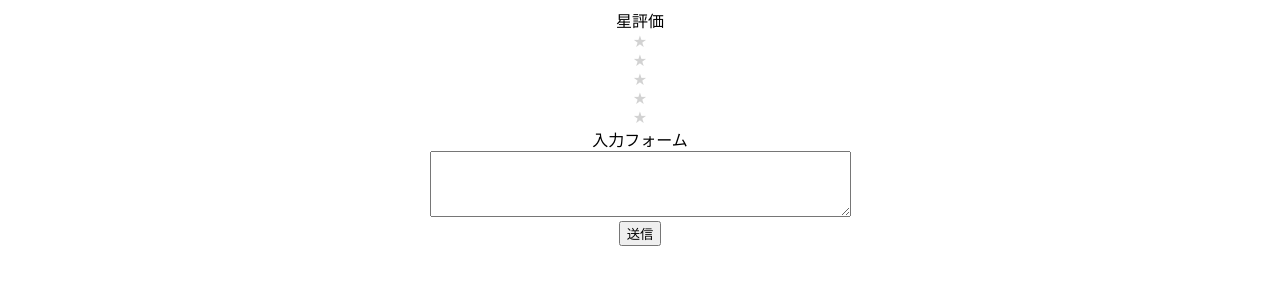
Repository: mikumiura/intern-chatbot
Page: templates/index1.html
An editor plug-in stored every save of this project. The page is shown before and after the next save, followed by the edit.
The browser window is 1280 px wide. The pictures show the whole page.

Above is the page before, as saved 2022-08-19 07:29:30.

After the next save:
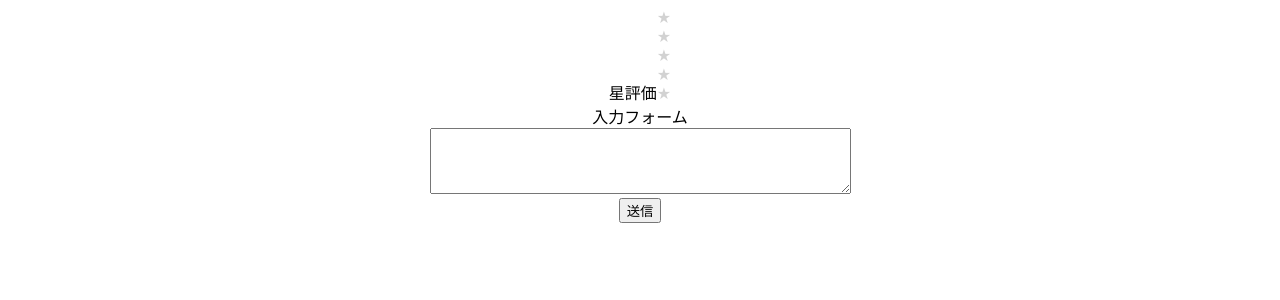
Saved 16 s later.
--- a/templates/index1.html
+++ b/templates/index1.html
@@ -17,7 +17,7 @@
     <div id = "app">
         <div>
             <label>星評価</label>
-            <div>
+            <div class="inline">
                 <div v-bind:class="{'star-gold':stars[0], 'star-gray':!stars[0]}" v-on:click="star(1)" class="pointer">★</div>
                 <div v-bind:class="{'star-gold':stars[1], 'star-gray':!stars[1]}" v-on:click="star(2)" class="pointer">★</div>
                 <div v-bind:class="{'star-gold':stars[2], 'star-gray':!stars[2]}" v-on:click="star(3)" class="pointer">★</div>

After the save that followed:
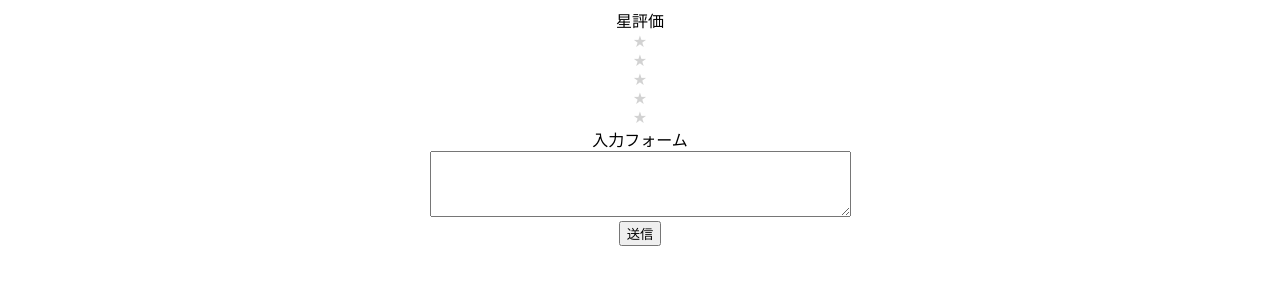
Saved 112 s later.
--- a/templates/index1.html
+++ b/templates/index1.html
@@ -17,7 +17,7 @@
     <div id = "app">
         <div>
             <label>星評価</label>
-            <div class="inline">
+            <div>
                 <div v-bind:class="{'star-gold':stars[0], 'star-gray':!stars[0]}" v-on:click="star(1)" class="pointer">★</div>
                 <div v-bind:class="{'star-gold':stars[1], 'star-gray':!stars[1]}" v-on:click="star(2)" class="pointer">★</div>
                 <div v-bind:class="{'star-gold':stars[2], 'star-gray':!stars[2]}" v-on:click="star(3)" class="pointer">★</div>
